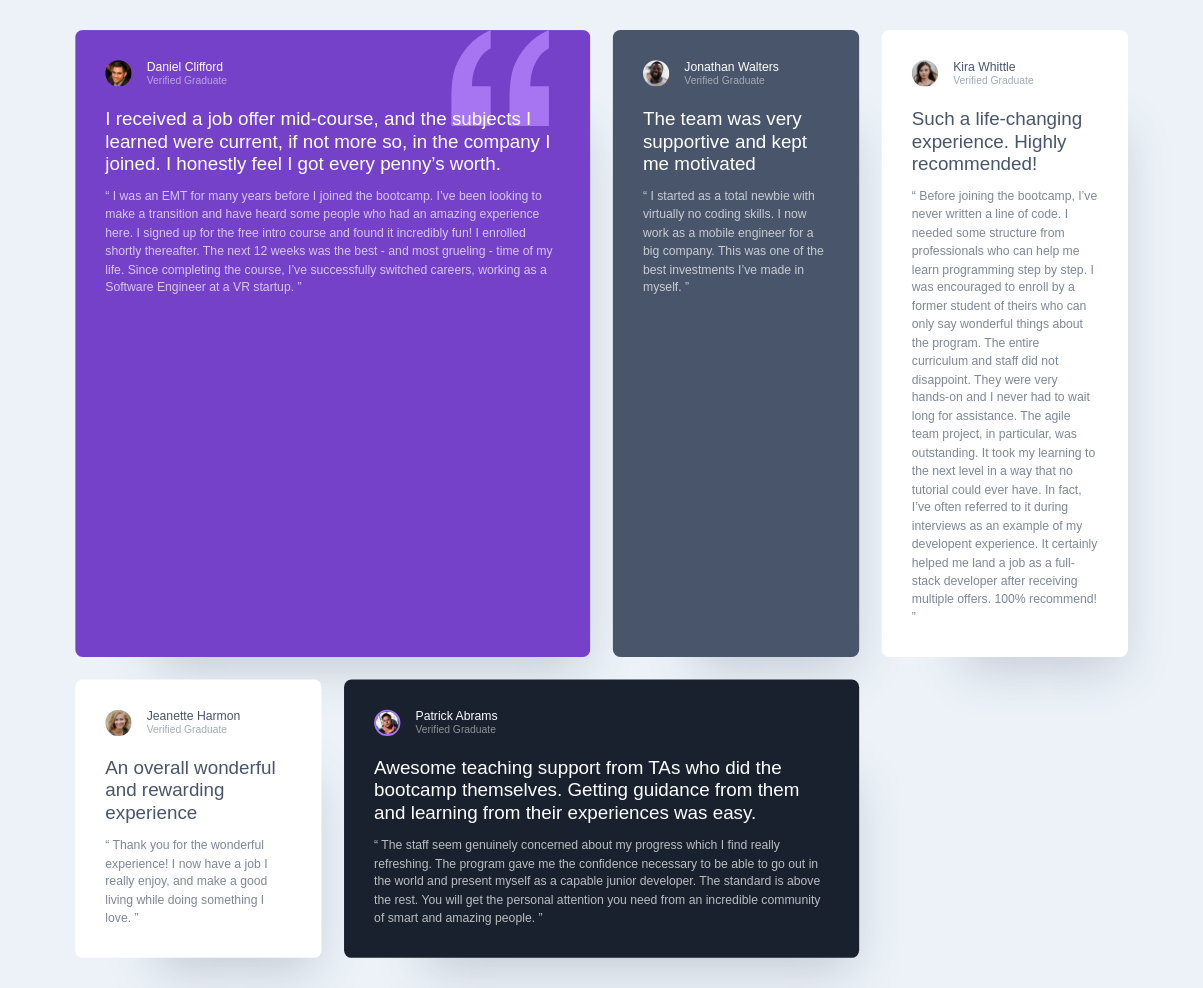
Repository: Imprasna/Grid_template
Page: index.html
An editor plug-in stored every save of this project. The page is shown before and after the next save, followed by the edit.
The browser window is 1280 px wide. The pictures show the whole page, at 94% of full size.

Above is the page before, as saved 2021-11-28 11:35:06.

After the next save:
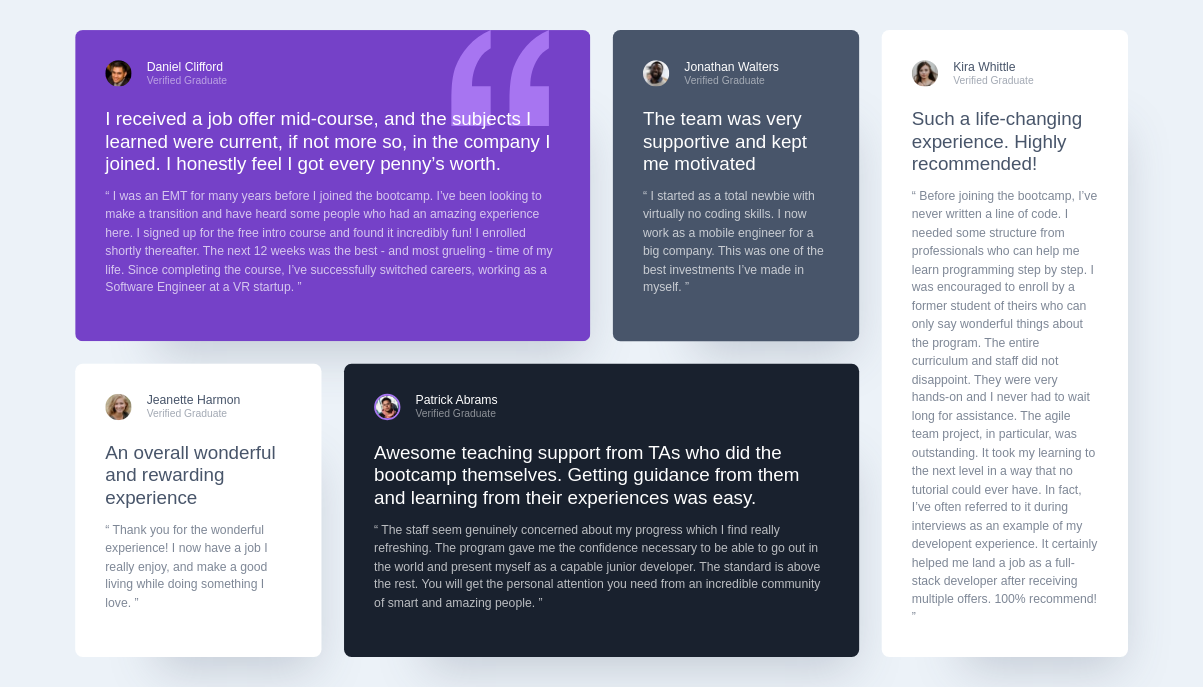
Saved 2 min 7 s later.
--- a/style.css
+++ b/style.css
@@ -160,6 +160,7 @@
   .testimonial:last-child {
       grid-column-start: 4;
       grid-row-start: 1;
+      grid-row-end: 3;
   }
 
   .testimonial {

After the save that followed:
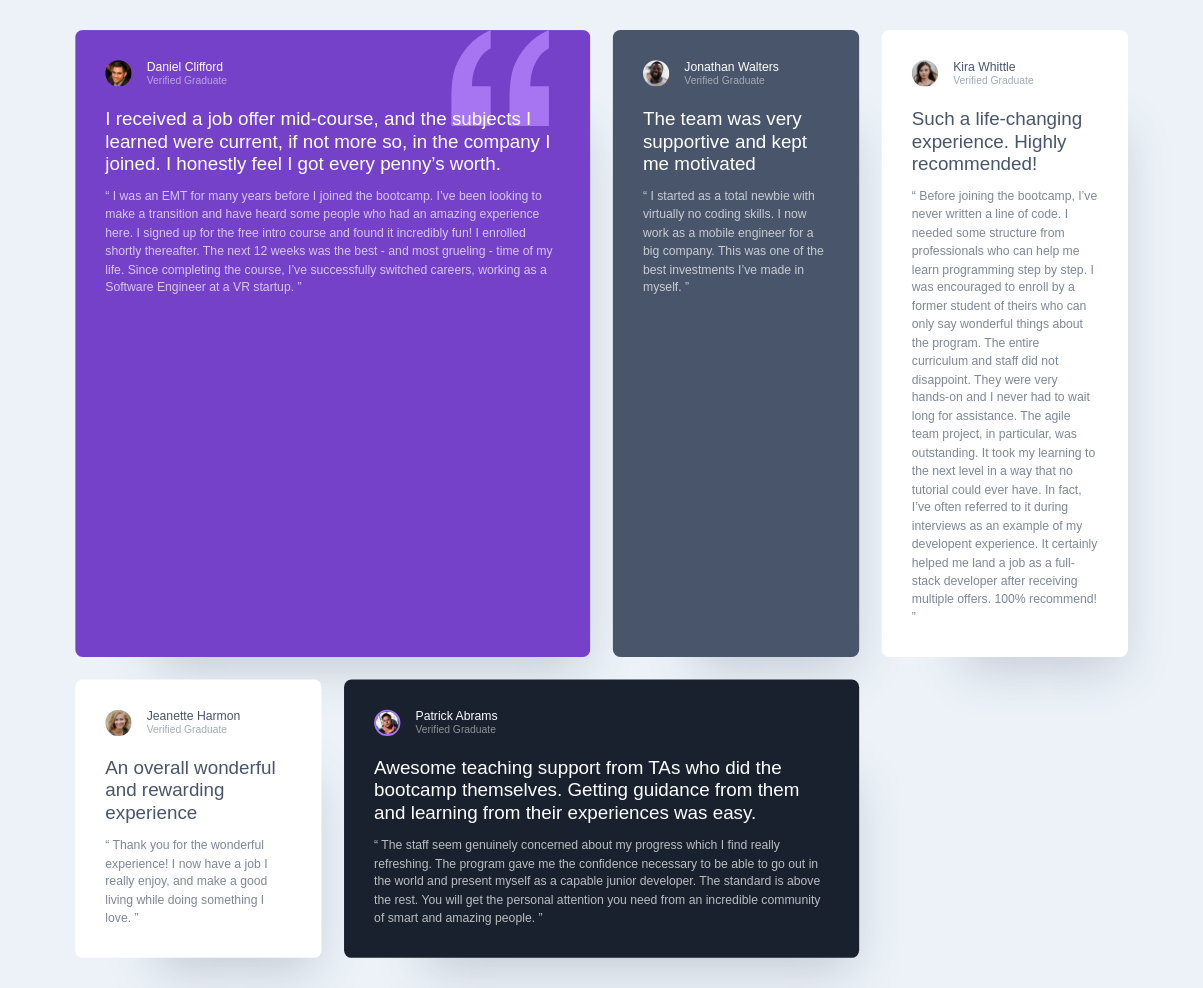
Saved 74 s later.
--- a/style.css
+++ b/style.css
@@ -160,7 +160,7 @@
   .testimonial:last-child {
       grid-column-start: 4;
       grid-row-start: 1;
-      grid-row-end: 3;
+      grid-row-end: 1/3;
   }
 
   .testimonial {
